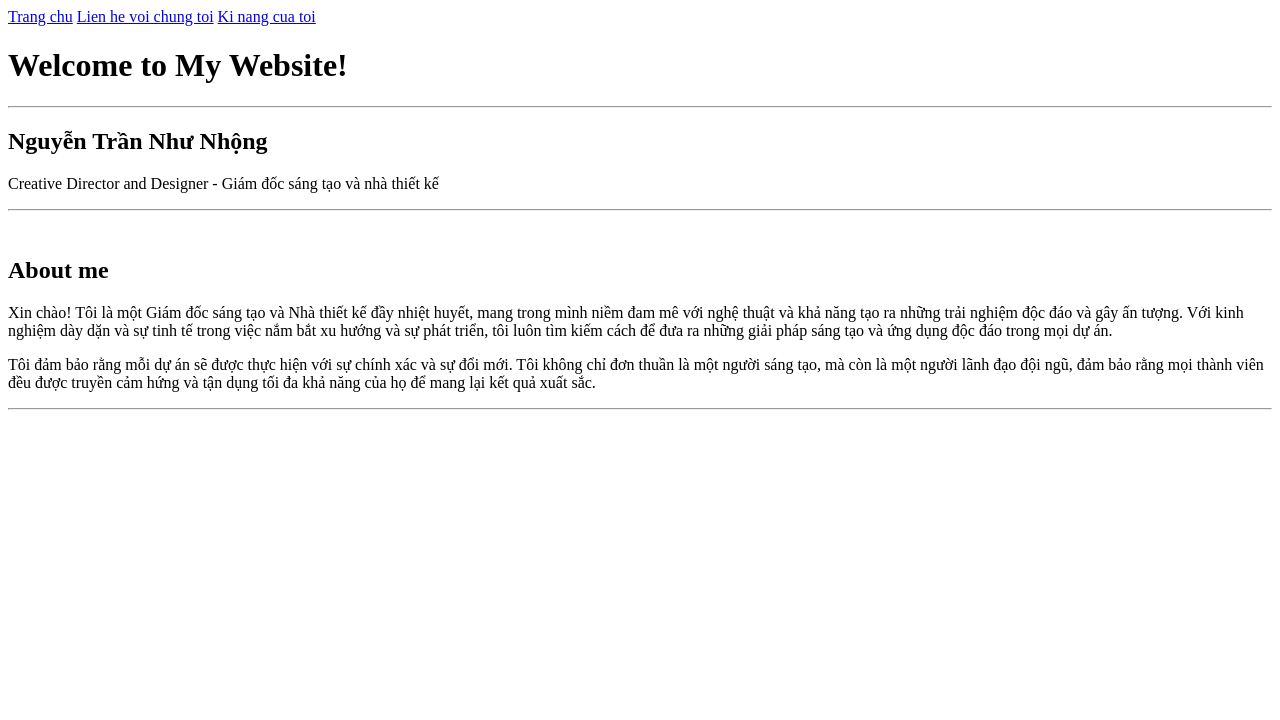
Repository: bachphamudu/index-ontap1
Page: index.html
An editor plug-in stored every save of this project. The page is shown before and after a run of saves, followed by the edit.
The browser window is 1280 px wide. The pictures show the whole page.

Above is the page before, as saved 2026-10-15 23:08:56.

### index.html
<!DOCTYPE html>
<html lang="vi">

<head>
    <meta charset="UTF-8">
    <meta http-equiv="X-UA-Compatible" content="IE=edge">
    <meta name="viewport" content="width=device-width, initial-scale=1.0">
    <title>Bài học multi page Website</title>
</head>

<body>
    <!-- Thêm các link điều hướng -->
    <!-- 1. Điều hướng về trang chủ -->
    <a href="/">Trang chu</a>
    <!-- 2. Điều hướng đến contact.html -->
    <a href="./more-info/contact.html">Lien he voi chung toi</a>
    <!-- 3. Điều hướng đến my-skill.html -->
    <a href="./more-info/my-skill.html">Ki nang cua toi</a>

    <h1>Welcome to My Website!</h1>
    <hr>
    <h2>Nguyễn Trần Như Nhộng</h2>
    <p>Creative Director and Designer - Giám đốc sáng tạo và nhà thiết kế</p>
    <hr>

    <!-- Thêm hình ảnh tuhoc.cc.jpg và khi click chuột sẽ điều hướng đến contact.html  -->
    <img src="./" alt="">
    <h2>About me</h2>
    <p>Xin chào! Tôi là một Giám đốc sáng tạo và Nhà thiết kế đầy nhiệt huyết, mang trong mình niềm đam mê với nghệ
        thuật và khả năng tạo ra những trải nghiệm độc đáo và gây ấn tượng. Với kinh nghiệm dày dặn và sự tinh tế trong
        việc nắm bắt xu hướng và sự phát triển, tôi luôn tìm kiếm cách để đưa ra những giải pháp sáng tạo và ứng dụng
        độc đáo trong mọi dự án.</p>
    <p>Tôi đảm bảo rằng mỗi dự án sẽ được thực hiện với sự chính xác và sự đổi mới. Tôi không chỉ đơn thuần là một người
        sáng tạo, mà còn là một người lãnh đạo đội ngũ, đảm bảo rằng mọi thành viên đều được truyền cảm hứng và tận dụng
        tối đa khả năng của họ để mang lại kết quả xuất sắc.</p>
    <hr>


</body>

</html>

After the next 3 saves:
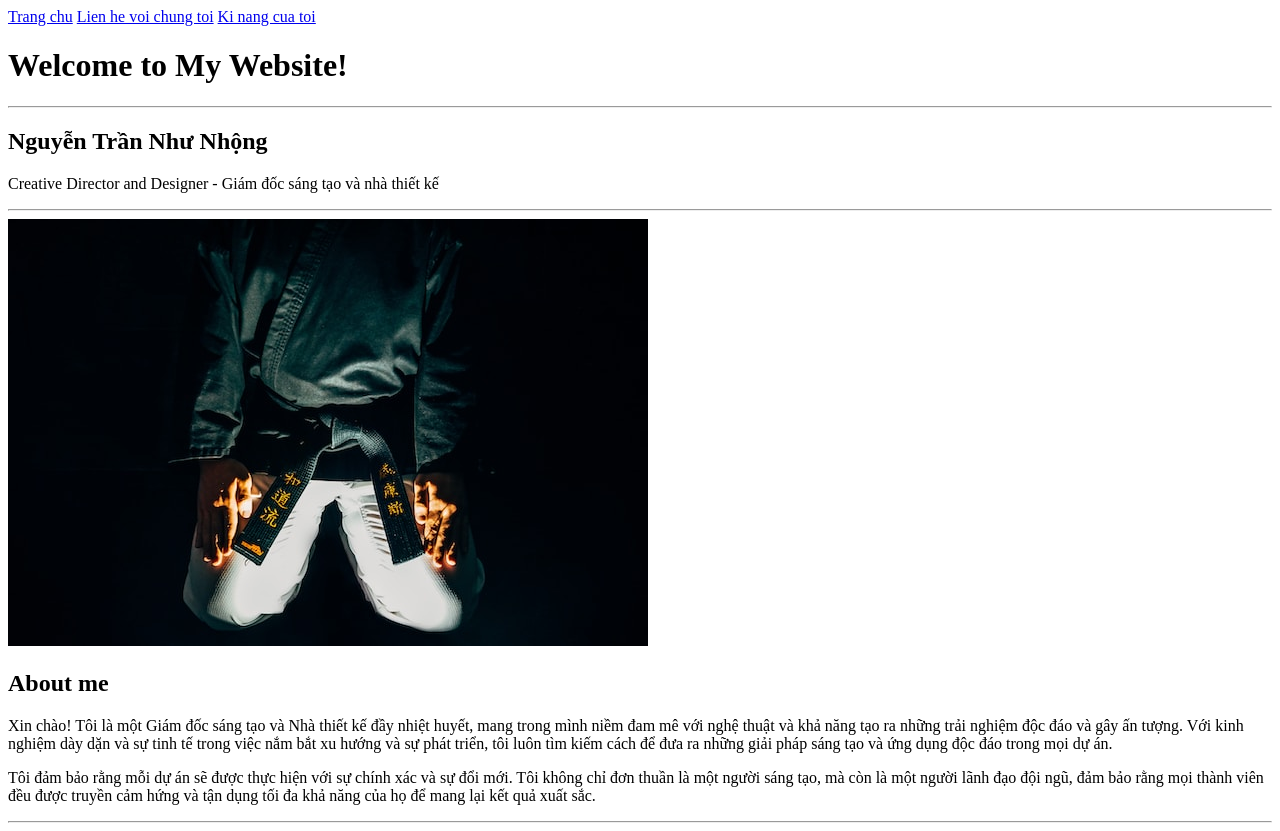
The 3 saves are shown as one change because they came seconds apart.
The last was saved 12 s later.
--- a/index.html
+++ b/index.html
@@ -24,7 +24,7 @@
     <hr>
 
     <!-- Thêm hình ảnh tuhoc.cc.jpg và khi click chuột sẽ điều hướng đến contact.html  -->
-    <img src="./" alt="">
+    <img src="./assets/images/tuhoc.cc.jpg" alt="">
     <h2>About me</h2>
     <p>Xin chào! Tôi là một Giám đốc sáng tạo và Nhà thiết kế đầy nhiệt huyết, mang trong mình niềm đam mê với nghệ
         thuật và khả năng tạo ra những trải nghiệm độc đáo và gây ấn tượng. Với kinh nghiệm dày dặn và sự tinh tế trong
